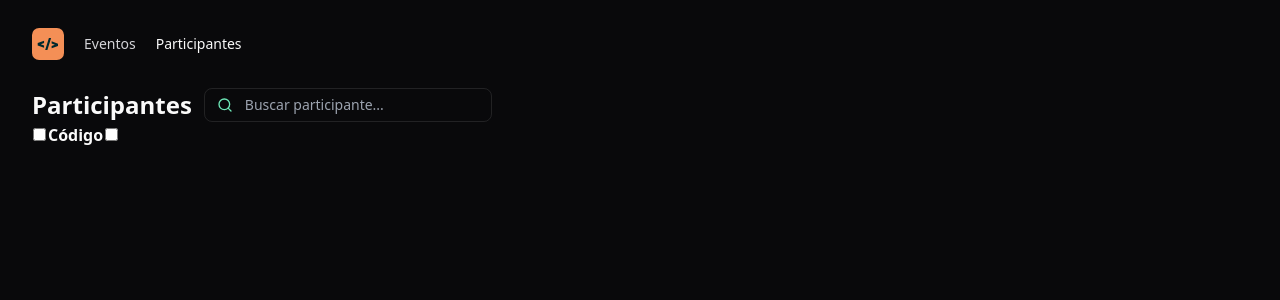
Repository: guilhermecardoso93/nlw-unite-react-2024
Page: /
The author's editor kept a copy of each file at every save. The page is drawn from the files as they stood at one save, then again after the next save.
The browser window is 1280 px wide. The pictures show the whole page.
The project was rebuilt for these pictures with package versions that can differ from the ones it lists, and the page was loaded fresh each time. Also part of the build but not shown: vite.config.ts.

Above is the page before, as saved 2024-04-01 21:26:59.

After the next save:
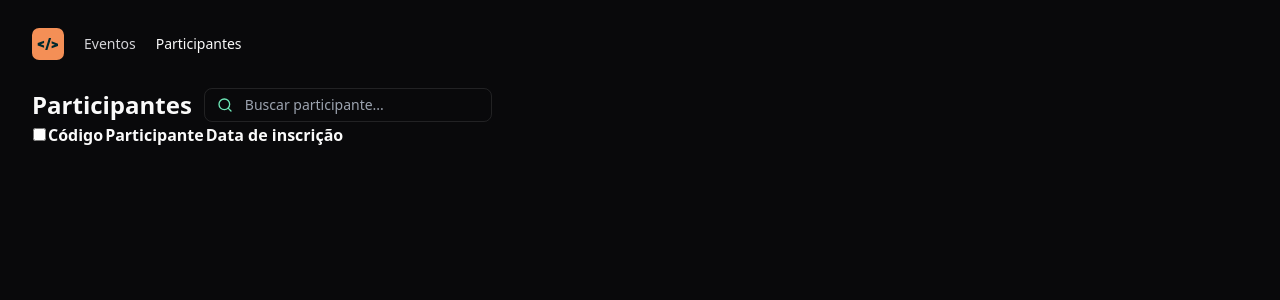
Saved 25 s later.
--- a/src/components/attendee-list.tsx
+++ b/src/components/attendee-list.tsx
@@ -24,7 +24,10 @@ export function AttendeeList() {
               Código
             </th>
             <th>
-              <input type="checkbox" />
+              Participante
+            </th>
+            <th>
+              Data de inscrição
             </th>
           </tr>
         </thead>
